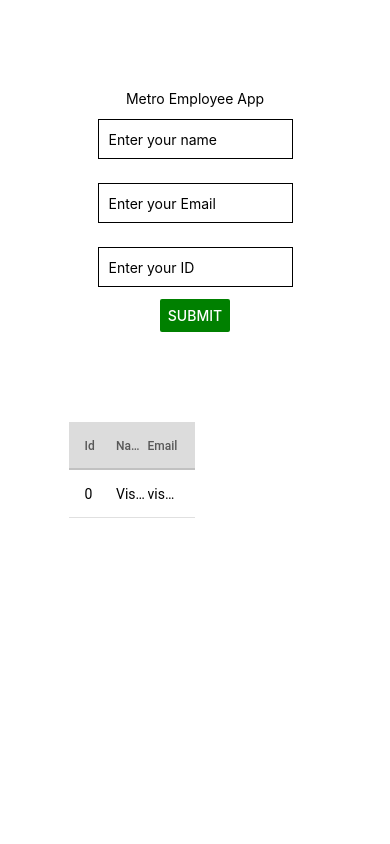
Repository: VishnuJG/Metro-Employee-App
Screen: /
The author's editor kept a copy of each file at every save. The screen is drawn from the files as they stood at one save, then again after the next save.
The app was drawn by React Native's web renderer in a window 390 px wide. The project was rebuilt for these pictures with package versions that can differ from the ones it lists, and the page was loaded fresh each time. Some packages were replaced by stand-ins written for this rebuild. Also part of the build but not shown: components/Task.js.

Above is the screen before, as saved 2022-06-28 14:59:22.

After the next save:
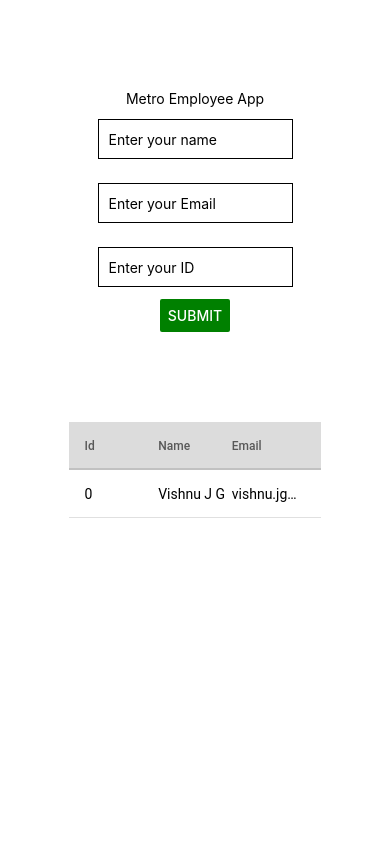
Saved 25 s later.
--- a/App.js
+++ b/App.js
@@ -71,7 +71,7 @@ export default function App() {
         {emp.map((newid)=>(<Task key={newid.id} ename={newid.name} eid={newid.id} eemail={newid.email}/>))}
         </View> */}
         <ScrollView vertical horizontal style={{flex:1}}>
-        <DataTable style={{flex:0.5, flexDirection: 'column', justifyContent: 'flex-start',}} >
+        <DataTable style={{flex:1, flexDirection: 'column', justifyContent: 'flex-start',}} >
           <DataTable.Header style={styles.tableHeader}>
             <DataTable.Title>Id</DataTable.Title>
             <DataTable.Title>Name</DataTable.Title>
